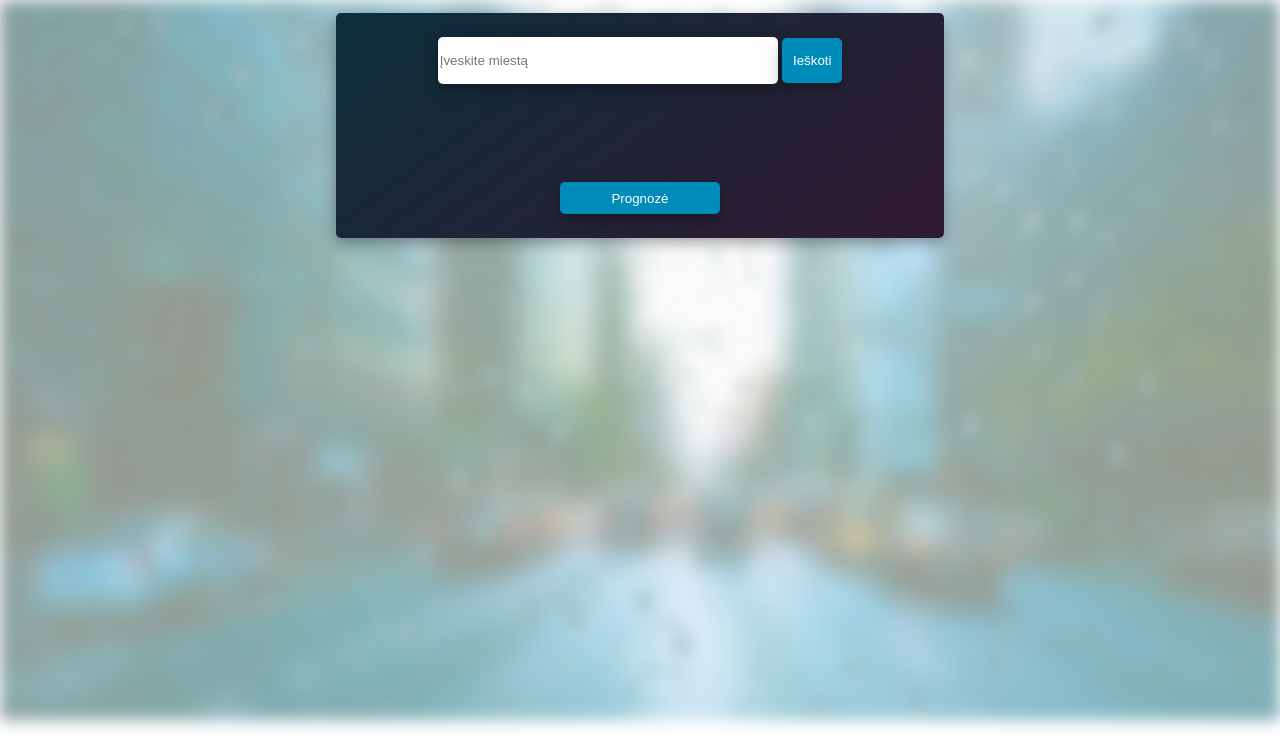
Repository: daxazz1/Weather-app
Page: index.html
These files come from the project's save history. The page is drawn as it stood at one moment and after the next save; the edit follows.
The browser window is 1280 px wide. The pictures show the whole page.

Above is the page before, as saved 2021-11-08 14:05:42.

### index.html
<!DOCTYPE html>
<html lang="en">
<head>
    <meta charset="UTF-8">
    <meta http-equiv="X-UA-Compatible" content="IE=edge">
    <meta name="viewport" content="width=device-width, initial-scale=1.0">
    <title>Simple weather app</title>
    <link rel="stylesheet" href="style.css">
    <link rel="preconnect" href="https://fonts.googleapis.com">
    <script src="resources/script.js" defer></script>




<!-- Font Awesome
<link
  href="https://cdnjs.cloudflare.com/ajax/libs/font-awesome/5.15.1/css/all.min.css"
  rel="stylesheet"
/>
 Google Fonts
<link
  href="https://fonts.googleapis.com/css?family=Roboto:300,400,500,700&display=swap"
  rel="stylesheet"
/>
 MDB
<link
  href="https://cdnjs.cloudflare.com/ajax/libs/mdb-ui-kit/3.6.0/mdb.min.css"
  rel="stylesheet"
/>
-->

</head>
<body>


  <div class="content">

    <div id="wrapper1">

      <div class="input">
        <input id="city" placeholder="Įveskite miestą" required/>
        <button id="search">Ieškoti</button>

        </span>
      </div>
          <p class="dt"> <span id="datetime"></span></p>
          <div class="siandien">
          <img id="penktas">
          <div id="pirmas"></div>
          <div id="antras"></div>
          <div id="trecias"></div>
          <div id="ketvirtas"></div>
          </div>
          <br><br>
          <button id="prognoze">Prognozė</button>
    </div>

    <div id="wrapper2">

      <h1 id="h1"></h1>

    <div class="wrap">

      <div class="rytoj1">
        <table>
          <tr>
            <td><h4 id="h4-1"></h4></td>
            <td><img id="sesto-icon"/></td>
            <td><div id="sestas"></div></td>
            <td><div id="septintas"></div></td>
            <td><div id="astuntas"></div></td>
          </tr>
    </div>

    <div class="rytoj2">

        <tr>
      <td><h4 id="h4-2"></h4></td>
      <td> <img id="devinto-icon"/></td>
      <td> <div id="devintas"></div></td>
      <td> <div id="desimtas"></div></td>
      <td> <div id="vienuoliktas"></div></td>
       </tr>

    </div>

    <div class="rytoj3">

        <tr>
          <td> <h4 id="h4-3"></h4></td>
          <td> <img id="dvylikto-icon"/></td>
          <td> <div id="dvyliktas"></div></td>
          <td> <div id="tryliktas"></div></td>
          <td> <div id="keturioliktas"></div></td>
      </tr>
    </table>
    </div>
  </div>
  </div>

</div>


</body>
</html>

### style.css
#wrapper1,
#wrapper2 {
  color: white;
  width: 35rem;
  text-align: center;
  border-radius: 5px;
  margin: 5px;
  background-color: rgb(255, 255, 255);
  padding: 1.5rem;
  box-shadow: rgba(0, 0, 0, 0.35) 0px 5px 15px;
  background: linear-gradient(0.4turn, #0d2e3b, #311a31);
}

.wrap {
  justify-content: space-around;
  margin-top: 60px;
}
#city {
  width: 60%;
  height: 45px;
  border-radius: 5px;
  border: none;
  box-shadow: rgba(0, 0, 0, 0.35) 0px 5px 15px;
}
button {
  width: 60px;
  height: 45px;
  border: 1px;
  border-radius: 5px;
  color: white;
  background-color: #008cba;
  box-shadow: rgba(0, 0, 0, 0.35) 0px 5px 15px;
  animation: both;
}
button:hover {
  background-color: #1b9cc7;
}

.dt {
  color: rgb(255, 255, 255);
  font-size: 14px;
  padding-top: 10px;
}

#pirmas {
  font-weight: 500;
  font-size: 36px;
}
.rytoj1,
.rytoj2,
.rytoj3 {
  font-size: 12px;
}

#prognoze {
  width: 10rem;
  height: 2rem;
  border: none;
  border-radius: 5px;
  background-color: #008cba;
  color: white;
  box-shadow: rgba(0, 0, 0, 0.35) 0px 5px 15px;
}

#prognoze:hover {
  background-color: #1b9cc7;
}

#h4-1,
#h4-2,
#h4-3 {
  font-size: 12px;
}

body {
  display: flex;
  height: 100vh;
  justify-content: center;
  font-family: -apple-system, BlinkMacSystemFont, "Segoe UI", Roboto, Oxygen,
    Ubuntu, Cantarell, "Open Sans", "Helvetica Neue", sans-serif;
}
body::after {
  content: "";
  background: url(backg.jpg);
  opacity: 0.5;
  top: 0;
  left: 0;
  bottom: 0;
  right: 0;
  position: absolute;
  z-index: -1;
  background-size: cover;
  filter: blur(8px);
}

### resources/script.js
let apiKey = '460522f216939cb477f8b66006be7948' // jusu api key
let lang = 'lt' // kalba
let units = 'metric' // naudojama metrine sistema
let city = 'Vilnius' // miestas irasytas inpute

let cityName = document.getElementById('city')
let searchButton = document.getElementById('search')

// uzdedu click eventa ant search mygtuko
searchButton.addEventListener('click', getDataFromApi)

// funkcija kuri gauna duomenis is API
function getDataFromApi() {
    // paimu irasyta miesta is input ir nustatau
    city = cityName.value

    // url yra skirtas pasiimti duomenis is api
    let url = 'https://api.openweathermap.org/data/2.5/forecast?' +
        'q=' + city +
        '&units=' + units +
        '&lang=' + lang +
        '&appid=' + apiKey

    // su fetch funkcija pasiimu duomenis is api (asinchronine funkcija)
    fetch(url)
        .then(response => response.json())
        // data => jusu kodas
        .then(function (data) {
            //paduodu gautus duomenis i funkcija
            showWeatherInDom(data)
        });
}


document.getElementById("wrapper2").style.display = 'none';



// funkcija kuri gauna duomenis ir juos atvaizduoja
function showWeatherInDom(data) {
    // tikrinu ar mano response yra geras
    if (data.cod === '200') {

    // /prognoze siai dienai

        document.getElementById("pirmas").innerHTML =  data.city.name;
        document.getElementById("antras").innerHTML = "Temperatūra: " + Math.round(data.list[0].main.temp) +" °C / " + "Jaučiama:  " + Math.round(data.list[0].main.feels_like) +" °C";
        document.getElementById("trecias").innerHTML = "Vėjo greitis: " + data.list[0].wind.speed + " m/s";
        document.getElementById("ketvirtas").innerHTML = data.list[0].weather[0].description;


        let iconCode =  data.list[0].weather[0].icon;
        let iconUrl = 'http://openweathermap.org/img/wn/' + iconCode + '@2x.png';
        let image = document.getElementById("penktas");
        image.src = iconUrl;

        console.log(data.list)

        //prognoze rytoj

        document.getElementById("sestas").innerHTML =  "Temperatūra: " + Math.round(data.list[6].main.temp) +" °C / " + "Jaučiama:  " + Math.round(data.list[6].main.feels_like) +" °C";
        document.getElementById("septintas").innerHTML = "Vėjo greitis: " + data.list[6].wind.speed + " m/s";
        document.getElementById("astuntas").innerHTML = data.list[6].weather[0].description;

        let iconCode2 =  data.list[6].weather[0].icon;
        let image2 = document.getElementById("sesto-icon");
        let iconUrl2 = 'http://openweathermap.org/img/wn/' + iconCode2 + '@2x.png';
        image2.src = iconUrl2;

     //prognoze poryt

        document.getElementById("devintas").innerHTML =  "Temperatūra: " + Math.round(data.list[14].main.temp) +" °C / " + "Jaučiama:  " + Math.round(data.list[14].main.feels_like) +" °C";
        document.getElementById("desimtas").innerHTML = "Vėjo greitis: " + data.list[14].wind.speed + " m/s";
        document.getElementById("vienuoliktas").innerHTML = data.list[14].weather[0].description;

        let iconCode3 =  data.list[14].weather[0].icon;
        let image3 = document.getElementById("devinto-icon");
        let iconUrl3 = 'http://openweathermap.org/img/wn/' + iconCode3 + '@2x.png';
        image3.src = iconUrl3;

     //prognoze po 2 dienu

        document.getElementById("dvyliktas").innerHTML =  "Temperatūra: " + Math.round(data.list[22].main.temp) +" °C / " + "Jaučiama:  " + Math.round(data.list[22].main.feels_like) +" °C";
        document.getElementById("tryliktas").innerHTML = "Vėjo greitis: " + data.list[22].wind.speed + " m/s";
        document.getElementById("keturioliktas").innerHTML = data.list[22].weather[0].description;

        let iconCode4 =  data.list[22].weather[0].icon;
        let image4 = document.getElementById("dvylikto-icon");
        let iconUrl4 = 'http://openweathermap.org/img/wn/' + iconCode4 + '@2x.png';
        image4.src = iconUrl4;




        document.getElementById("h1").textContent = "Prognozė";
        document.getElementById("h4-1").innerHTML = data.list[6].dt_txt;
        document.getElementById("h4-2").textContent = data.list[14].dt_txt;
        document.getElementById("h4-3").textContent = data.list[22].dt_txt;

        //Šios dienos data
        let dt = new Date();
        document.getElementById("datetime").innerHTML = "Data: " + dt.toLocaleString();

    } else {
        console.log('Kazkas negerai', data)
    }
}

//miesto pasirinkimas Enter mygtuku

let input = document.getElementById("city");
input.addEventListener("keyup", function(event) {
    if (event.keyCode === 13) {
        event.preventDefault();
        document.getElementById("search").click();
    }
});

//prognozes langas appear/dissapear

function tomorrowWeatherDiv() {

    const wrapperis = document.getElementById('wrapper2');
    if (wrapperis.style.display !== "none") {
        wrapperis.style.display = "none";
    }else {
        wrapperis.style.display = "block";
        }
    }
document.getElementById("prognoze").addEventListener('click', tomorrowWeatherDiv)

After the next save:
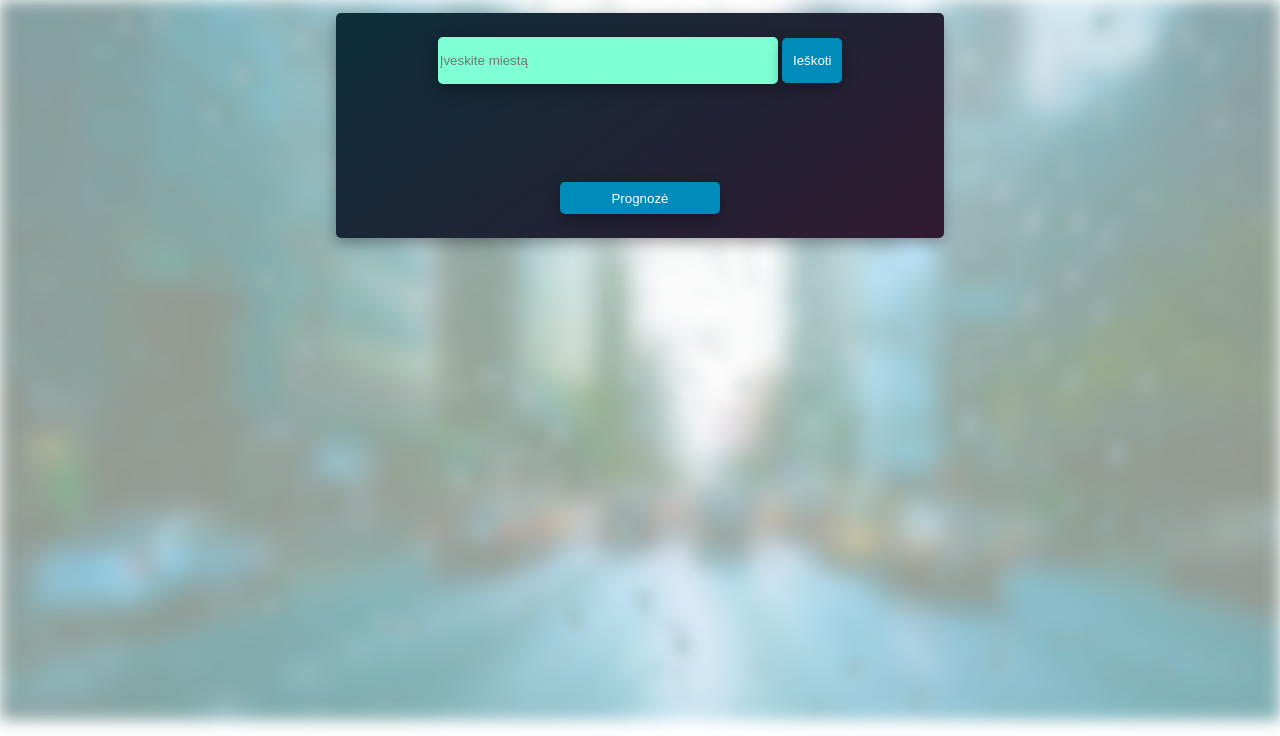
Saved 45 s later.
--- a/style.css
+++ b/style.css
@@ -21,6 +21,7 @@
   border-radius: 5px;
   border: none;
   box-shadow: rgba(0, 0, 0, 0.35) 0px 5px 15px;
+  background-color: aquamarine;
 }
 button {
   width: 60px;

After the 2 saves that followed:
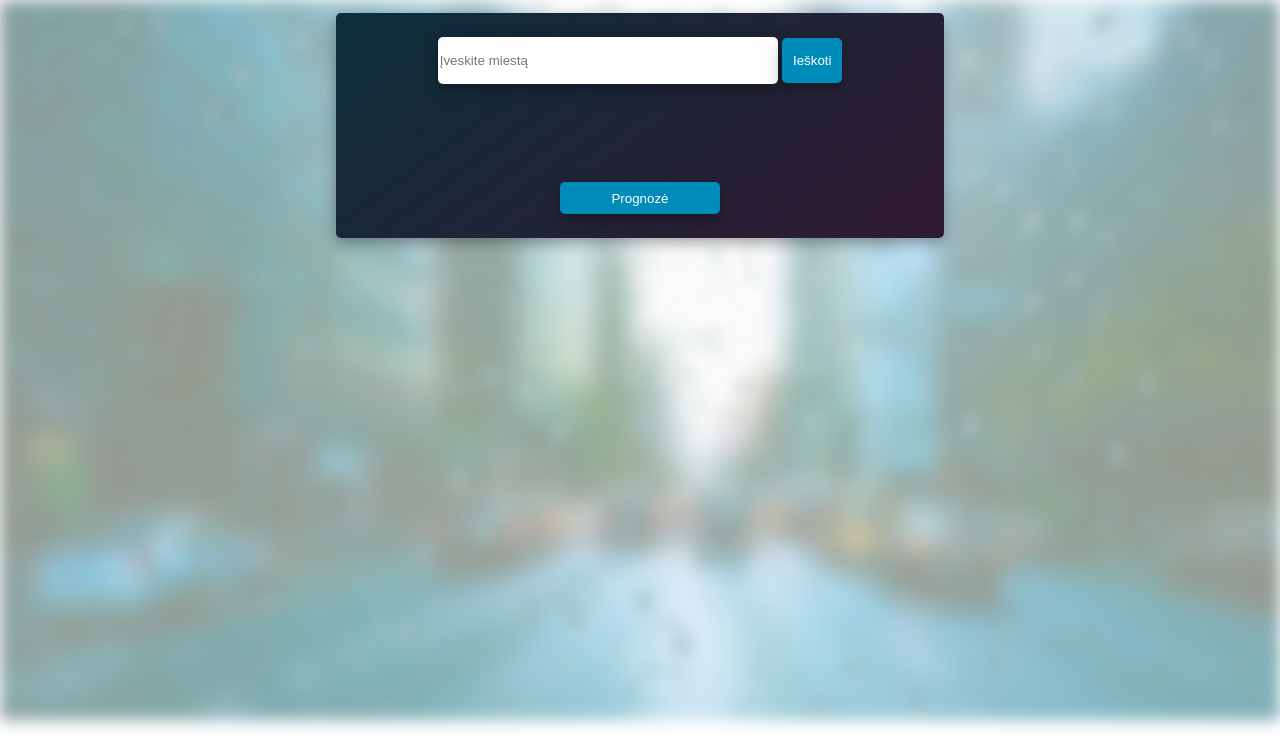
The 2 saves are shown as one change because they came seconds apart.
The last was saved 42 s later.
--- a/style.css
+++ b/style.css
@@ -21,7 +21,6 @@
   border-radius: 5px;
   border: none;
   box-shadow: rgba(0, 0, 0, 0.35) 0px 5px 15px;
-  background-color: aquamarine;
 }
 button {
   width: 60px;
